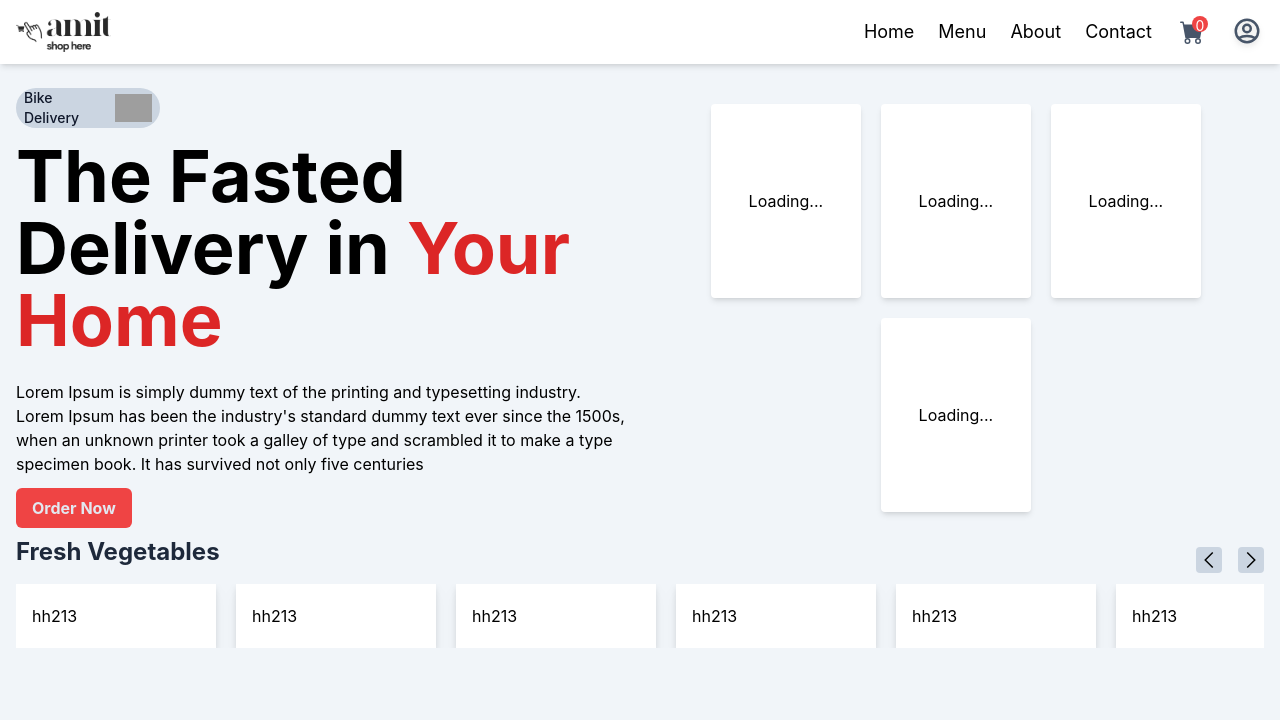
Repository: Lehuyhuynh/Web_ban_hoa_qua
Page: / (app in frontend/)
These files come from the project's save history. The page is drawn as it stood at one moment and after the next save; the edit follows.
The browser window is 1280 px wide. The pictures show the whole page.
Pictures or frames that could not be fetched are drawn as grey boxes. The page's requests for data from a server got no answer. The project was rebuilt for these pictures with package versions that can differ from the ones it lists, and the page was loaded fresh each time. No one was signed in, and anything a server would have sent is missing. Also part of the build but not shown: frontend/src/page/Menu.js, frontend/src/page/About.js, frontend/src/page/Contact.js, frontend/src/page/login.js, frontend/src/utility/ImagetoBase64.js, frontend/src/page/Newproduct.js, frontend/src/page/Signup.js.

Above is the page before, as saved 2024-01-06 09:06:13.

### frontend/src/index.js
import React from "react";
import ReactDOM from "react-dom/client";
import "./index.css";
import App from "./App";
import reportWebVitals from "./reportWebVitals";
import {
  createBrowserRouter,
  createRoutesFromElements,
  Route,
  RouterProvider,
} from "react-router-dom";

import Home from "./page/Home";
import Menu from "./page/Menu";
import About from "./page/About";
import Contact from "./page/Contact";
import Login from "./page/login";
import NewProduct from "./page/Newproduct";
import Signup from "./page/Signup";
import { store } from "./redux/index";
import { Provider } from "react-redux";

const router = createBrowserRouter(
  createRoutesFromElements(
    <Route path="/" element={<App />}>
      <Route index element={<Home />} />
      <Route path="menu" element={<Menu />} />
      <Route path="about" element={<About />} />
      <Route path="contact" element={<Contact />} />
      <Route path="login" element={<Login />} />
      <Route path="newproduct" element={<NewProduct />} />
      <Route path="signup" element={<Signup />} />
    </Route>
  )
);

const root = ReactDOM.createRoot(document.getElementById("root"));
root.render(
  <Provider store={store}>
    <RouterProvider router={router} />
  </Provider>
);

// If you want to start measuring performance in your app, pass a function
// to log results (for example: reportWebVitals(console.log))
// or send to an analytics endpoint. Learn more: https://bit.ly/CRA-vitals
reportWebVitals();

### frontend/src/App.js
import Header from "./component/Header";
import { Outlet } from "react-router-dom";
import toast, { Toaster } from "react-hot-toast";
import { useEffect } from "react";
import { useDispatch, useSelector } from "react-redux";
import { setDataProduct } from "./redux/productSlide";

function App() {
  const dispatch = useDispatch();
  const productData = useSelector((state) => state.product);

  useEffect(() => {
    (async () => {
      const res = await fetch(`${process.env.REACT_APP_SERVER_DOMIN}/product`);
      const resData = await res.json();
      console.log(1, resData);
      dispatch(setDataProduct(resData));
    })();
  }, []);

  return (
    <>
      <Toaster />
      <div>
        <Header />
        <main className="pt-16 bg-slate-100 min-h-[calc(100vh)]">
          <Outlet />
        </main>
      </div>
    </>
  );
}

export default App;

### frontend/src/page/Home.js
import React, { useEffect, useRef, useState } from "react";
import { useSelector } from "react-redux";
import CardFeature from "../component/CardFeature";
import HomeCard from "../component/HomeCard";
import { GrPrevious, GrNext } from "react-icons/gr";
// import FilterProduct from "../component/FilterProduct";
// import AllProduct from "../component/AllProduct";

const Home = () => {
  const productData = useSelector((state) => state.product.productList);
  console.log(productData);
  const homeProductCartList = productData.slice(1, 5);
  const homeProductCartListVegetables = productData.filter(
    (el) => el.category === "vegetable",
    []
  );
  const loadingArray = new Array(4).fill(null);
  const slideProductRef = useRef();
  const loadingArrayFeature = new Array(10).fill(null);

  const nextProduct = () => {};
  const preveProduct = () => {};

  return (
    <div className="p-2 md:p-4">
      <div className="md:flex gap-4 py-2">
        <div className="md:w-1/2">
          <div className="flex gap-3 bg-slate-300 w-36 px-2 items-center rounded-full">
            <p className="text-sm font-medium text-slate-900">Bike Delivery</p>
            <img
              src="https://cdn-icons-png.flaticon.com/512/2972/2972185.png"
              className="h-7"
            />
          </div>
          <h2 className="text-4xl md:text-7xl font-bold py-3">
            The Fasted Delivery in{" "}
            <span className="text-red-600 text-">Your Home</span>
          </h2>
          <p className="py-3 text-base ">
            Lorem Ipsum is simply dummy text of the printing and typesetting
            industry. Lorem Ipsum has been the industry's standard dummy text
            ever since the 1500s, when an unknown printer took a galley of type
            and scrambled it to make a type specimen book. It has survived not
            only five centuries
          </p>
          <button className="font-bold bg-red-500 text-slate-200 px-4 py-2 rounded-md">
            Order Now
          </button>
        </div>

        <div className="md:w-1/2 flex flex-wrap gap-5 p-4 justify-center">
          {homeProductCartList[0]
            ? homeProductCartList.map((el) => {
                return (
                  <HomeCard
                    key={el._id}
                    id={el._id}
                    image={el.image}
                    name={el.name}
                    price={el.price}
                    category={el.category}
                  />
                );
              })
            : loadingArray.map((el, index) => {
                return (
                  <HomeCard key={index + "loading"} loading={"Loading..."} />
                );
              })}
        </div>
      </div>

      <div className="">
        <div className="flex w-full items-center">
          <h2 className="font-bold text-2xl text-slate-800 mb-4">
            Fresh Vegetables
          </h2>
          <div className="ml-auto flex gap-4">
            <button
              onClick={preveProduct}
              className="bg-slate-300 hover:bg-slate-400 text-lg  p-1 rounded"
            >
              <GrPrevious />
            </button>
            <button
              onClick={nextProduct}
              className="bg-slate-300 hover:bg-slate-400 text-lg p-1 rounded "
            >
              <GrNext />
            </button>
          </div>
        </div>
        <div
          className="flex gap-5 overflow-scroll scrollbar-none scroll-smooth transition-all"
          ref={slideProductRef}
        >
          {homeProductCartListVegetables[0]
            ? homeProductCartListVegetables.map((el) => {
                return (
                  <CardFeature
                    key={el._id + "vegetable"}
                    id={el._id}
                    name={el.name}
                    category={el.category}
                    price={el.price}
                    image={el.image}
                  />
                );
              })
            : loadingArrayFeature.map((el, index) => (
                <CardFeature loading="Loading..." key={index + "cartLoading"} />
              ))}
        </div>
      </div>
    </div>
  );
};

export default Home;

### frontend/src/redux/index.js
import { configureStore } from "@reduxjs/toolkit";
import userSliceReducer from "./userSlice";
import productSlideReducer from "./productSlide";

export const store = configureStore({
  reducer: {
    user: userSliceReducer,
    product: productSlideReducer,
  },
});

### frontend/src/component/Header.js
import logo from "../assest/logo .png";
import { Link } from "react-router-dom";
import { HiOutlineUserCircle } from "react-icons/hi";
import { BsCartFill } from "react-icons/bs";
import { useState } from "react";
import { useSelector } from "react-redux";
import { useDispatch } from "react-redux";
import { toast } from "react-hot-toast";
import { logoutRedux } from "../redux/userSlice";

function Header() {
  const dispatch = useDispatch();
  const [showMenu, setShowMenu] = useState(false);
  const userData = useSelector((state) => state.user);
  console.log(userData.email);
  const handleShowMenu = () => {
    setShowMenu((preve) => !preve);
  };

  const handleLogout = () => {
    dispatch(logoutRedux());
    toast("Logout successfully");
  };
  console.log(process.env.REACT_APP_ADMIN_EMAIL);
  return (
    <header className="fixed shadow-md w-full h-16 px-2 md:px-4 z-50 bg-white">
      {/* desktop */}

      <div className="flex items-center h-full justify-between">
        <Link to={""}>
          <div className="h-10">
            <img src={logo} className="h-full" />
          </div>
        </Link>

        <div className="flex items-center gap-4 md:gap-7">
          <nav className="gap-4 md:gap-6 text-base md:text-lg hidden md:flex">
            <Link to={""}> Home</Link>
            <Link to={"menu"}> Menu</Link>
            <Link to={"about"}> About</Link>
            <Link to={"contact"}>Contact</Link>
          </nav>

          <div className="text-2xl text-slate-600 relative">
            <BsCartFill />
            <div className="absolute -top-1 -right-1 text-white bg-red-500 h-4 w-4 rounded-full m-0 p-0 text-sm text-center">
              0
            </div>
          </div>
          <div className=" text-slate-600" onClick={handleShowMenu}>
            <div className="text-3xl cursor-pointer w-8 h-8 rounded-full overflow-hidden drop-shadow-md">
              {userData.image ? (
                <img src={userData.image} className="h-full w-full" />
              ) : (
                <HiOutlineUserCircle />
              )}
            </div>

            {showMenu && (
              <div className="absolute right-2 bg-white py-2  shadow drop-shadow-md flex flex-col min-w-[120px] text-center">
                {userData.email === process.env.REACT_APP_ADMIN_EMAIL && (
                  <Link
                    to={"newproduct"}
                    className="whitespace-nowrap cursor-pointer px-2"
                  >
                    New product
                  </Link>
                )}

                {userData.image ? (
                  <p
                    className="cursor-pointer text-white px-2 bg-red-500"
                    onClick={handleLogout}
                  >
                    Logout ({userData.firstName}){" "}
                  </p>
                ) : (
                  <Link
                    to={"login"}
                    className="whitespace-nowrap cursor-pointer px-2"
                  >
                    Login
                  </Link>
                )}
              </div>
            )}
          </div>
        </div>
      </div>
    </header>
  );
}
export default Header;

### frontend/src/redux/productSlide.js
import { createSlice } from "@reduxjs/toolkit";
import { toast } from "react-hot-toast";

const initialState = {
  productList: [],
  cartItem: [],
};

export const productSlice = createSlice({
  name: "product",
  initialState,
  reducers: {
    setDataProduct: (state, action) => {
      console.log(action);
      state.productList = [...action.payload];
    },
    // addCartItem: (state, action) => {
    //   const check = state.cartItem.some((el) => el._id === action.payload._id);
    //   if (check) {
    //     toast("Already Item in Cart");
    //   } else {
    //     toast("Item Add successfully");
    //     const total = action.payload.price;
    //     state.cartItem = [
    //       ...state.cartItem,
    //       { ...action.payload, qty: 1, total: total },
    //     ];
    //   }
    // },
    // deleteCartItem: (state, action) => {
    //   toast("one Item Delete");
    //   const index = state.cartItem.findIndex((el) => el._id === action.payload);
    //   state.cartItem.splice(index, 1);
    //   console.log(index);
    // },
    // increaseQty: (state, action) => {
    //   const index = state.cartItem.findIndex((el) => el._id === action.payload);
    //   let qty = state.cartItem[index].qty;
    //   const qtyInc = ++qty;
    //   state.cartItem[index].qty = qtyInc;

    //   const price = state.cartItem[index].price;
    //   const total = price * qtyInc;

    //   state.cartItem[index].total = total;
    // },
    // decreaseQty: (state, action) => {
    //   const index = state.cartItem.findIndex((el) => el._id === action.payload);
    //   let qty = state.cartItem[index].qty;
    //   if (qty > 1) {
    //     const qtyDec = ++qty;
    //     state.cartItem[index].qty = qtyDec;

    //     const price = state.cartItem[index].price;
    //     const total = price * qtyDec;

    //     state.cartItem[index].total = total;
    //   }
    // },
  },
});

export const {
  setDataProduct,
  // addCartItem,
  // deleteCartItem,
  // increaseQty,
  // decreaseQty,
} = productSlice.actions;

export default productSlice.reducer;

### frontend/src/component/CardFeature.js
import React from "react";
import { useDispatch } from "react-redux";
import { Link } from "react-router-dom";
// import { addCartItem, increaseQty } from "../redux/productSlide";

const CardFeature = ({ image, name, price, category, loading, id }) => {
  const dispatch = useDispatch();

  // const handleAddCartProduct = (e) => {
  //   dispatch(
  //     addCartItem({
  //       _id: id,
  //       name: name,
  //       price: price,
  //       category: category,
  //       image: image,
  //     })
  //   );
  // };

  return (
    <div className="w-full min-w-[200px] max-w-[200px] bg-white hover:shadow-lg drop-shadow-lg py-5 px-4 cursor-pointer flex flex-col ">
      {" "}
      hh213
      {/* {image ? (
        <>
          <Link
            to={`/menu/${id}`}
            onClick={() => window.scrollTo({ top: "0", behavior: "smooth" })}
          >
            <div className="h-28 flex flex-col justify-center items-center">
              <img src={image} className="h-full" />
            </div>
            <h3 className="font-semibold text-slate-600  capitalize text-lg mt-4 whitespace-nowrap overflow-hidden">
              {name}
            </h3>
            <p className=" text-slate-500  font-medium">{category}</p>
            <p className=" font-bold">
              <span className="text-red-500">đ</span>
              <span>{price}</span>
            </p>
          </Link>
          <button
            className="bg-yellow-500 py-1 mt-2 rounded hover:bg-yellow-600 w-full"
            onClick={handleAddCartProduct}
          >
            Add Cart
          </button>
        </>
      ) : (
        <div className="min-h-[150px] flex justify-center items-center">
          <p>{loading}</p>
        </div>
      )} */}
    </div>
  );
};

export default CardFeature;

### frontend/src/component/HomeCard.js
import React from "react";
import { Link } from "react-router-dom";

const HomeCard = ({ name, image, category, price, loading, id }) => {
  return (
    <div className="bg-white shadow-md p-2 rounded min-w-[150px]">
      {name ? (
        <>
          <Link
            to={`/menu/${id}`}
            onClick={() => window.scrollTo({ top: "0", behavior: "smooth" })}
          >
            <div className="w-40 min-h-[150px]">
              <img src={image} className="h-full w-full" />
            </div>
            <h3 className="font-semibold text-slate-600 text-center capitalize text-lg">
              {name}
            </h3>
            <p className="text-center text-slate-500  font-medium">
              {category}
            </p>
            <p className="text-center font-bold">
              {/* <span className="text-red-500">đ</span> */}
              <span>{price}</span>
              <span className="text-red-500">đ</span>
            </p>
          </Link>
        </>
      ) : (
        <div className="flex justify-center items-center h-full">
          <p>{loading}</p>
        </div>
      )}
    </div>
  );
};

export default HomeCard;

### frontend/src/redux/userSlice.js
import { createSlice } from "@reduxjs/toolkit";

const initialState = {
  email: "",
  firstName: "",
  image: "",
  lastName: "",
  _id: "",
};

export const userSlice = createSlice({
  name: "user",
  initialState,
  reducers: {
    loginRedux: (state, action) => {
      console.log(action.payload.data);
      console.log(action);
      // state.user = action.payload.data;
      state._id = action.payload.data._id;
      state.firstName = action.payload.data.firstName;
      state.lastName = action.payload.data.lastName;
      state.email = action.payload.data.email;
      state.image = action.payload.data.image;
    },
    logoutRedux: (state, action) => {
      state._id = "";
      state.firstName = "";
      state.lastName = "";
      state.email = "";
      state.image = "";
    },
  },
});

export const { loginRedux, logoutRedux } = userSlice.actions;

export default userSlice.reducer;

Loaded but not shown: frontend/public/index.html (common file); frontend/src/index.css (common file); frontend/src/reportWebVitals.js (common file); frontend/tailwind.config.js (common file)

After the next save:
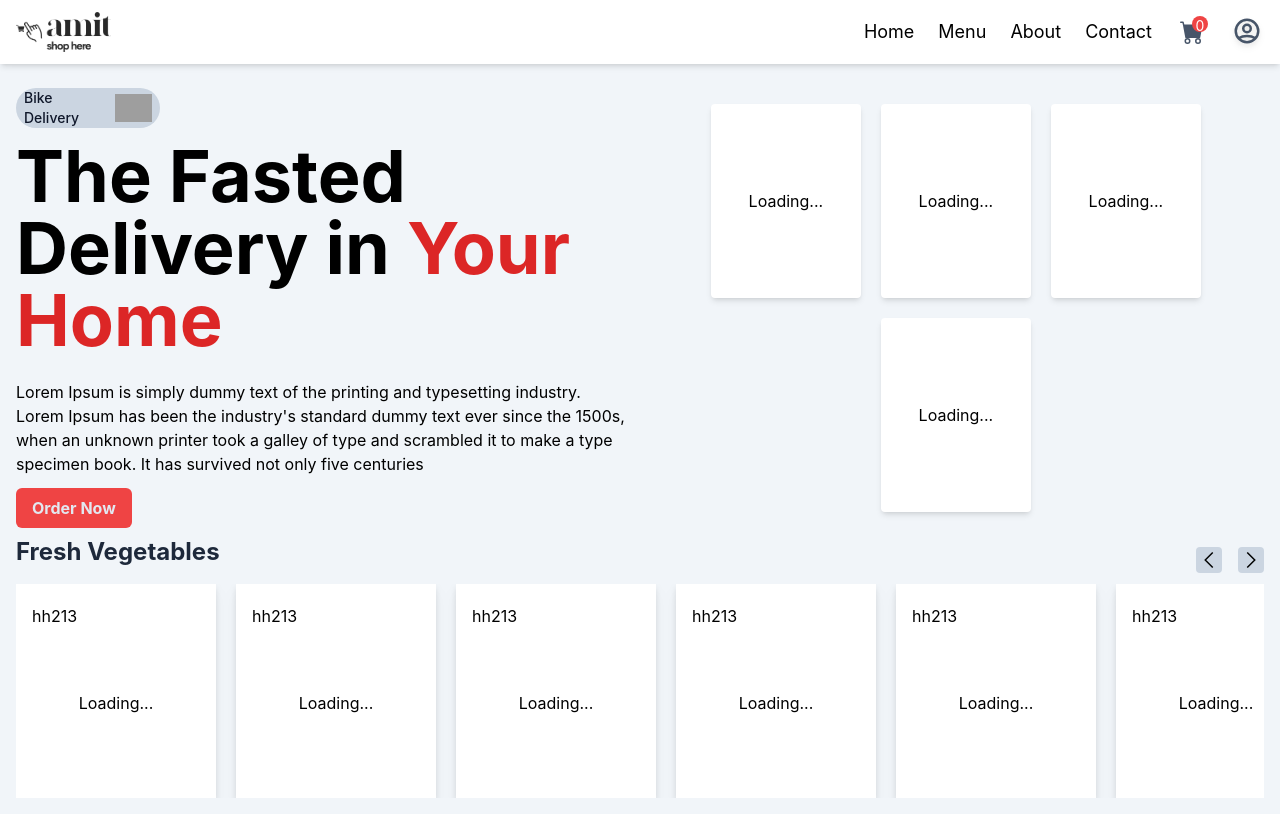
Saved 31 s later.
--- a/frontend/src/component/CardFeature.js
+++ b/frontend/src/component/CardFeature.js
@@ -22,7 +22,7 @@ const CardFeature = ({ image, name, price, category, loading, id }) => {
     <div className="w-full min-w-[200px] max-w-[200px] bg-white hover:shadow-lg drop-shadow-lg py-5 px-4 cursor-pointer flex flex-col ">
       {" "}
       hh213
-      {/* {image ? (
+      {image ? (
         <>
           <Link
             to={`/menu/${id}`}
@@ -36,7 +36,7 @@ const CardFeature = ({ image, name, price, category, loading, id }) => {
             </h3>
             <p className=" text-slate-500  font-medium">{category}</p>
             <p className=" font-bold">
-              <span className="text-red-500">đ</span>
+              <span className="text-red-500">₹</span>
               <span>{price}</span>
             </p>
           </Link>
@@ -51,7 +51,7 @@ const CardFeature = ({ image, name, price, category, loading, id }) => {
         <div className="min-h-[150px] flex justify-center items-center">
           <p>{loading}</p>
         </div>
-      )} */}
+      )}
     </div>
   );
 };
